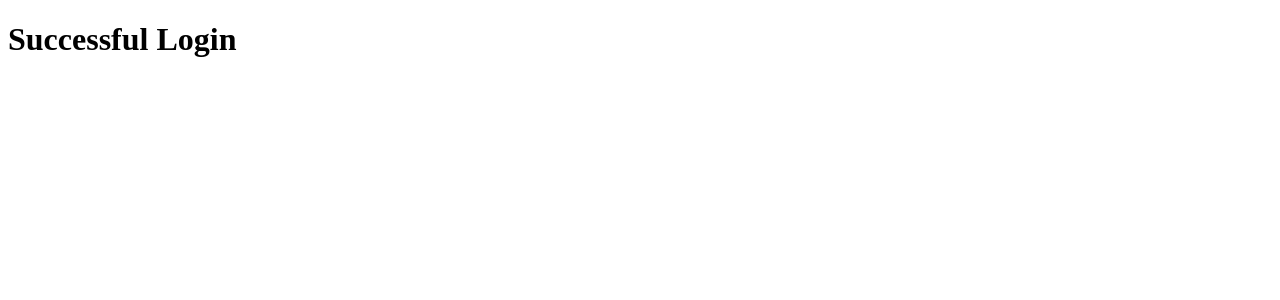
Repository: jzhang4/108-quizlet
Page: http://localhost/Quizlet/HomepageUser.jsp
An editor plug-in stored every save of this project. The page is shown before and after the next save, followed by the edit.
The browser window is 1280 px wide. The pictures show the whole page.
The page is served by Tomcat 9. Nobody is signed in. The application's start-up code is not run. Other server files are loaded and not shown.

Above is the page before, as saved 2016-03-02 07:28:53.

### Quizlet/WebContent/HomepageUser.jsp
<%@ page language="java" contentType="text/html; charset=UTF-8"
    pageEncoding="UTF-8"%>
<!DOCTYPE html PUBLIC "-//W3C//DTD HTML 4.01 Transitional//EN" "http://www.w3.org/TR/html4/loose.dtd">
<html>
<head>
<meta http-equiv="Content-Type" content="text/html; charset=UTF-8">
<title>Successful Login</title>
</head>
<body>
<h1>Successful Login</h1>
</body>
</html>

After the next save:
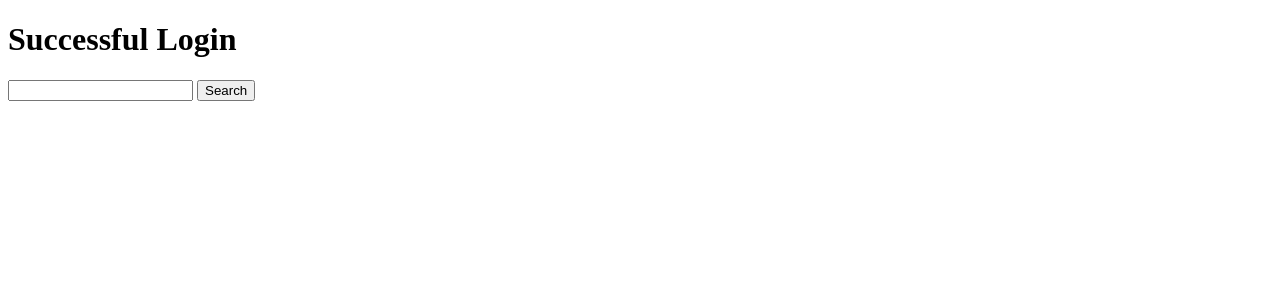
Saved 110 s later.
--- a/Quizlet/WebContent/HomepageUser.jsp
+++ b/Quizlet/WebContent/HomepageUser.jsp
@@ -8,5 +8,12 @@
 </head>
 <body>
 <h1>Successful Login</h1>
+
+
+<form action="SearchUserServlet" method="post">
+<input type="text" name="user"/>
+<input type="submit" value="Search"/>
+</form>
+
 </body>
 </html>
